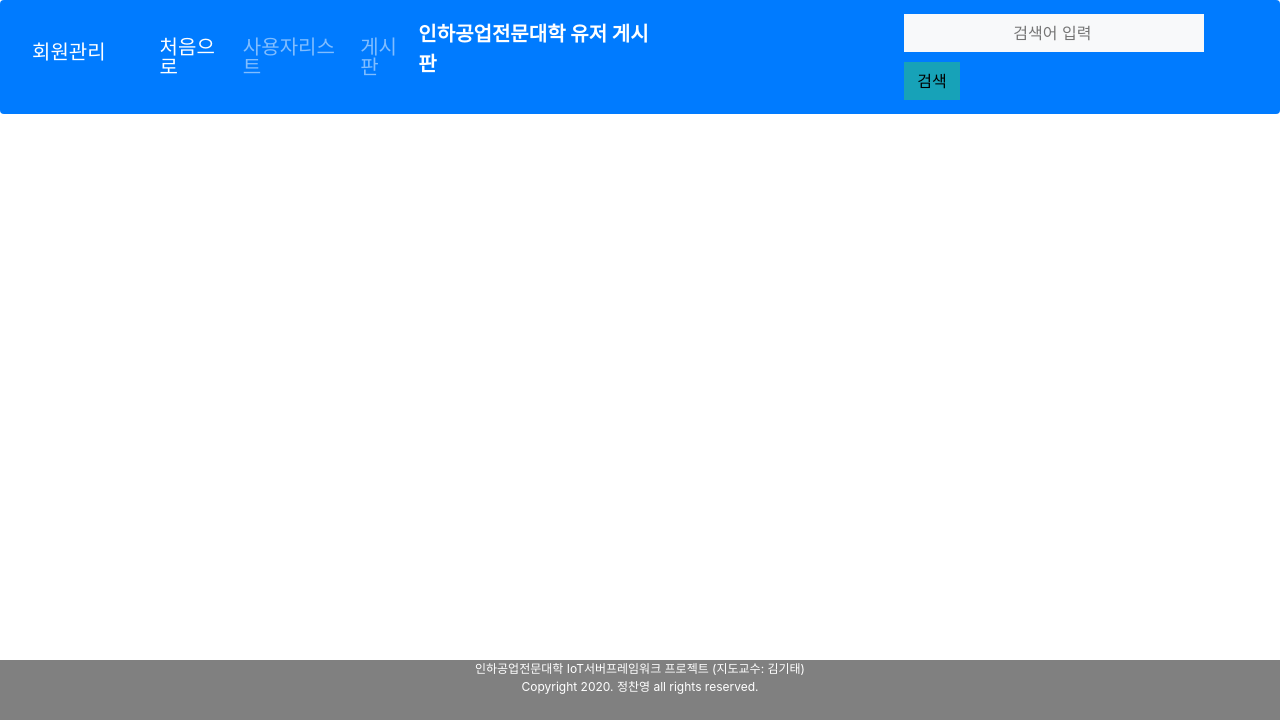
Repository: 201645032/IoTServerFrameWork
Page: http://localhost/layout/default
The author's editor kept a copy of each file at every save. The page is drawn from the files as they stood at one save, then again after the next save.
The browser window is 1280 px wide. The pictures show the whole page.
Some web fonts or font styles are not loaded; a fallback is used. The page is this project's Thymeleaf template; nobody is signed in. The template is opened directly, without the code that normally fills it, so the values that code supplies are empty.

Above is the page before, as saved 2020-06-11 06:04:03.

After the next save:
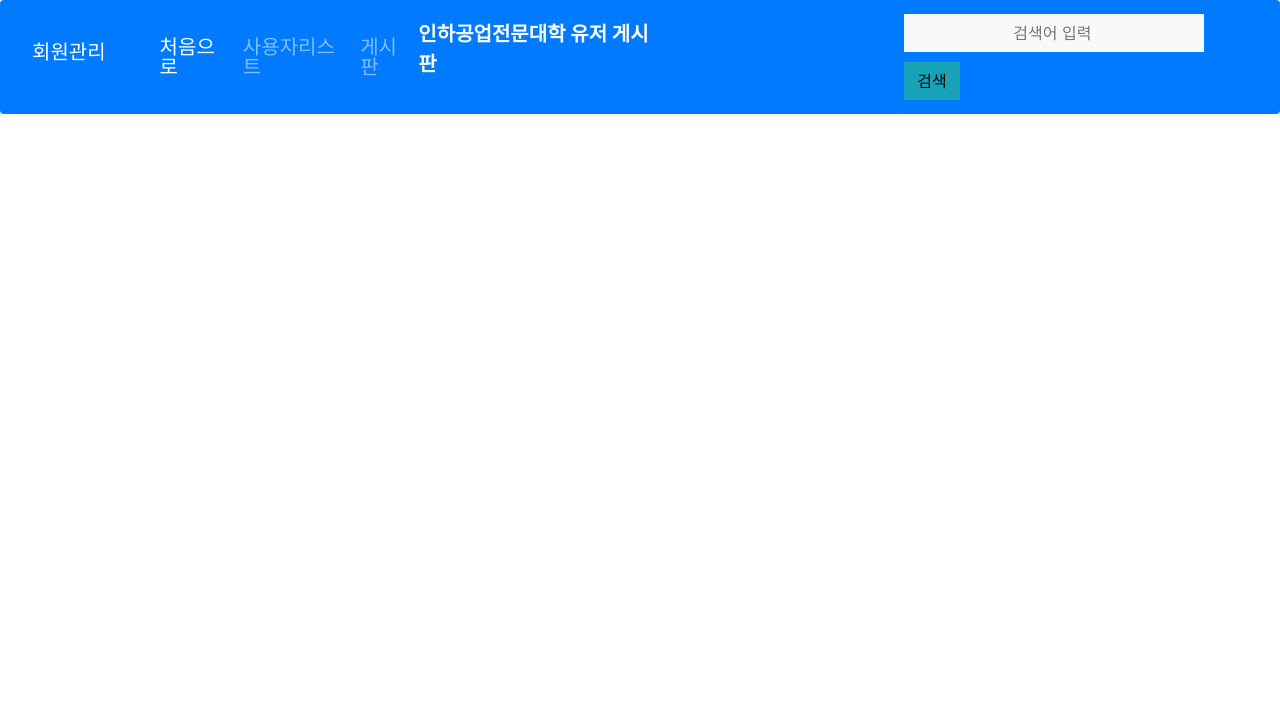
Saved 11 s later.
--- a/MyProject/src/main/resources/templates/layout/default.html
+++ b/MyProject/src/main/resources/templates/layout/default.html
@@ -6,6 +6,7 @@
 left: 0;
 right: 0;
 text-align:center;
+margin:-70px;
 padding:-70px;
 font-size:12px;
 }

After the save that followed:
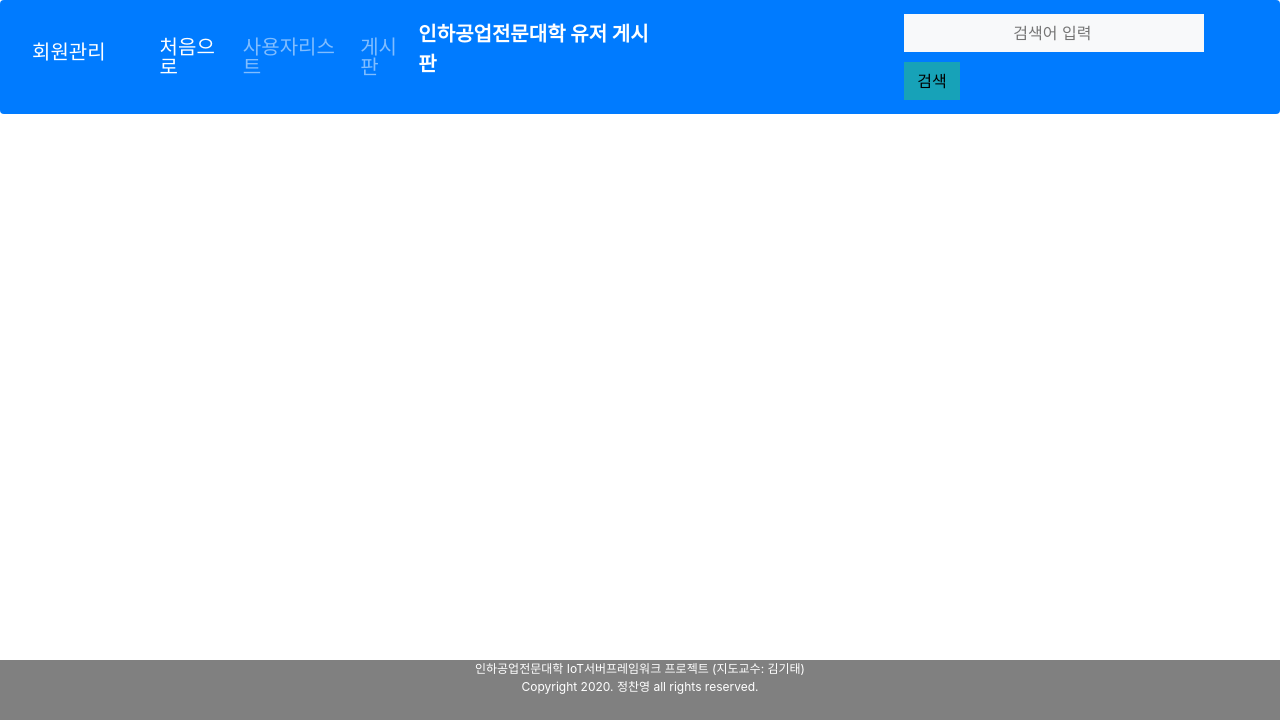
Saved 5 s later.
--- a/MyProject/src/main/resources/templates/layout/default.html
+++ b/MyProject/src/main/resources/templates/layout/default.html
@@ -6,7 +6,7 @@
 left: 0;
 right: 0;
 text-align:center;
-margin:-70px;
+margin:0px;
 padding:-70px;
 font-size:12px;
 }
